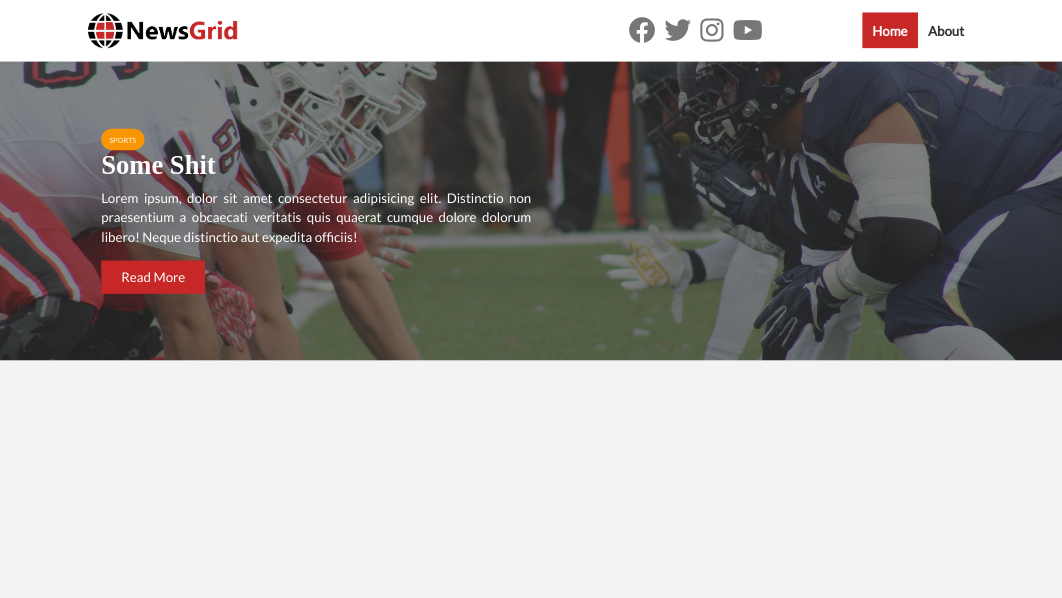
Repository: EswinGiova/NewsGrid
Page: index.html
The author's editor kept a copy of each file at every save. The page is drawn from the files as they stood at one save, then again after the next save.
The browser window is 1280 px wide. The pictures show the whole page, at 83% of full size.
Some web libraries are served in a nearby version.

Above is the page before, as saved 2020-09-19 20:17:17.

After the next save:
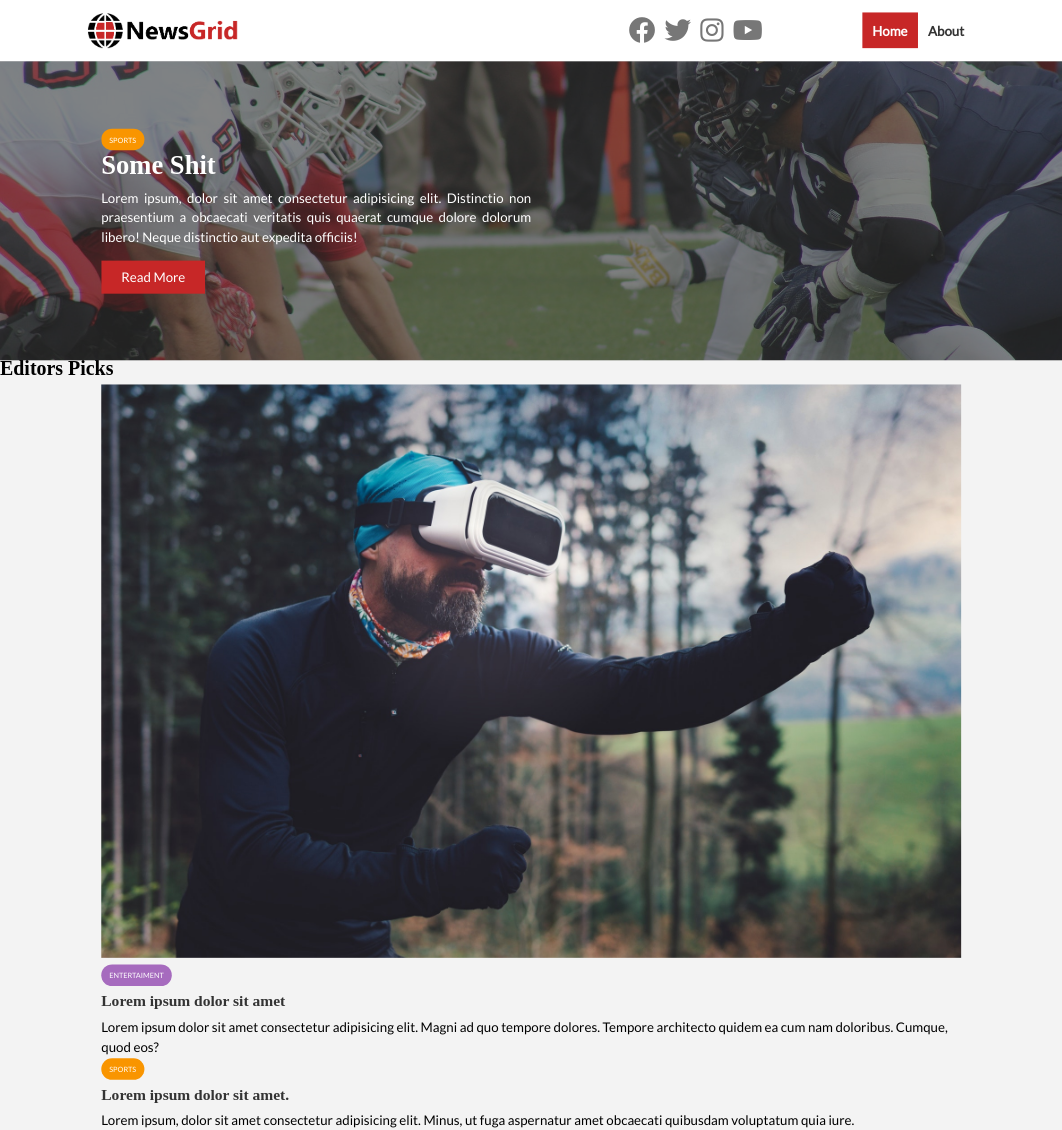
Saved 8 min 48 s later.
--- a/index.html
+++ b/index.html
@@ -58,5 +58,37 @@
         </div>
       </div>
     </header>
+    <!-- Hombe articles -->
+
+    <section id="home-articles" class="py-2">
+      <h2>Editors Picks</h2>
+
+      <div class="container">
+        <article class="card">
+          <img src="./image_resources/articles/ent1.jpg" alt="" />
+          <div>
+            <div class="category category-ent">Entertaiment</div>
+            <h3>
+              <a href="./article.html">Lorem ipsum dolor sit amet</a>
+            </h3>
+            <p>
+              Lorem ipsum dolor sit amet consectetur adipisicing elit. Magni ad
+              quo tempore dolores. Tempore architecto quidem ea cum nam
+              doloribus. Cumque, quod eos?
+            </p>
+          </div>
+        </article>
+        <article class="card">
+          <div class="category category-sports">Sports</div>
+          <h3>
+            <a href="./article.html">Lorem ipsum dolor sit amet.</a>
+          </h3>
+          <p>
+            Lorem ipsum, dolor sit amet consectetur adipisicing elit. Minus, ut
+            fuga aspernatur amet obcaecati quibusdam voluptatum quia iure.
+          </p>
+        </article>
+      </div>
+    </section>
   </body>
 </html>
